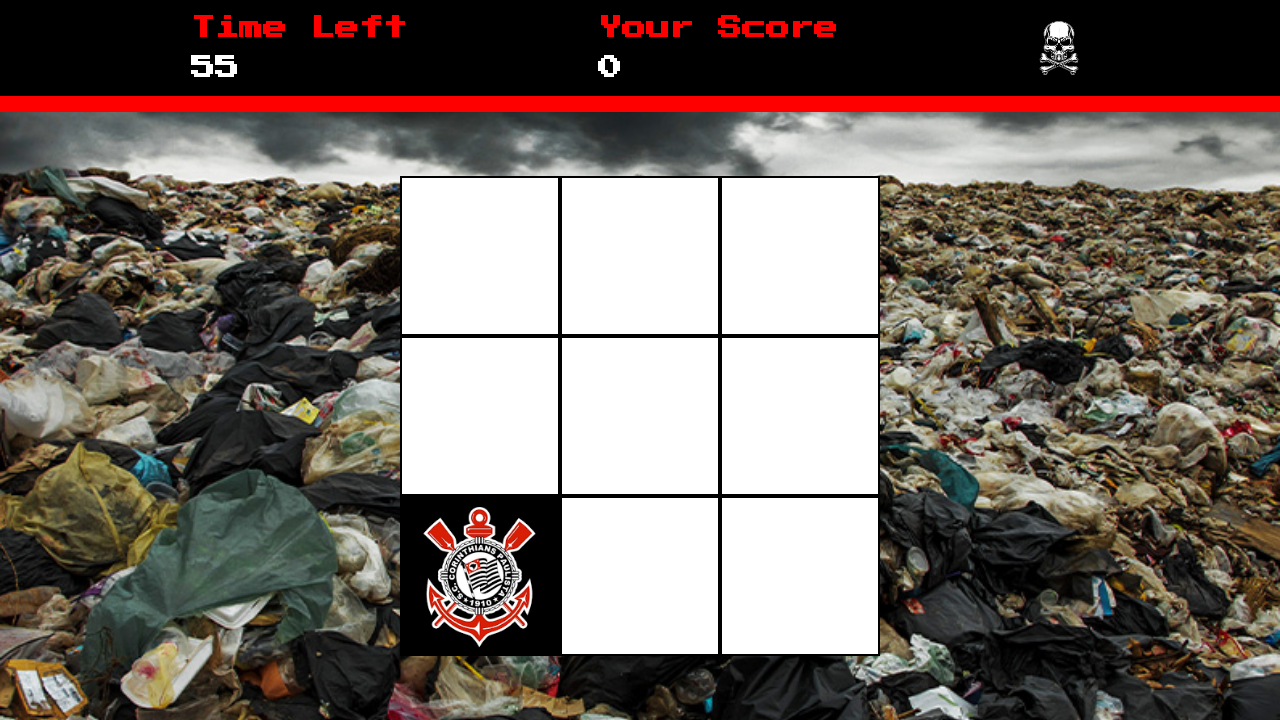
Repository: saulobeltrame/jogo-corinthians
Page: index.html
The author's editor kept a copy of each file at every save. The page is drawn from the files as they stood at one save, then again after a run of saves.
The browser window is 1280 px wide. The pictures show the whole page.
Some web fonts or font styles are not loaded; a fallback is used.

Above is the page before, as saved 2024-11-20 22:33:28.

After the next 2 saves:
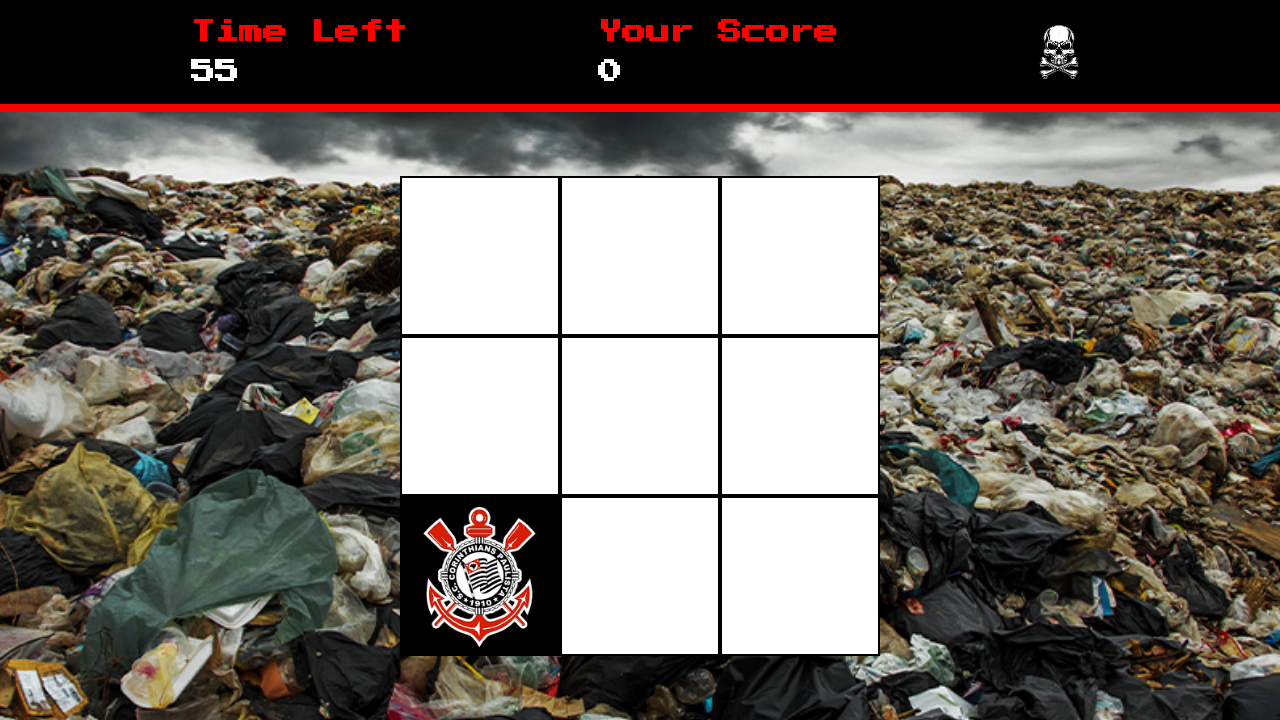
The 2 saves are shown as one change because they came seconds apart.
The last was saved 8 s later.
--- a/src/styles/main.css
+++ b/src/styles/main.css
@@ -18,7 +18,7 @@
     width: 100%;
     background-color: #000000;
     color:rgb(255, 255, 255);
-    border-bottom: 1rem solid #ff0000;
+    border-bottom: 0.5rem solid #ff0000;
 }
 .panel{
     display: flex;
